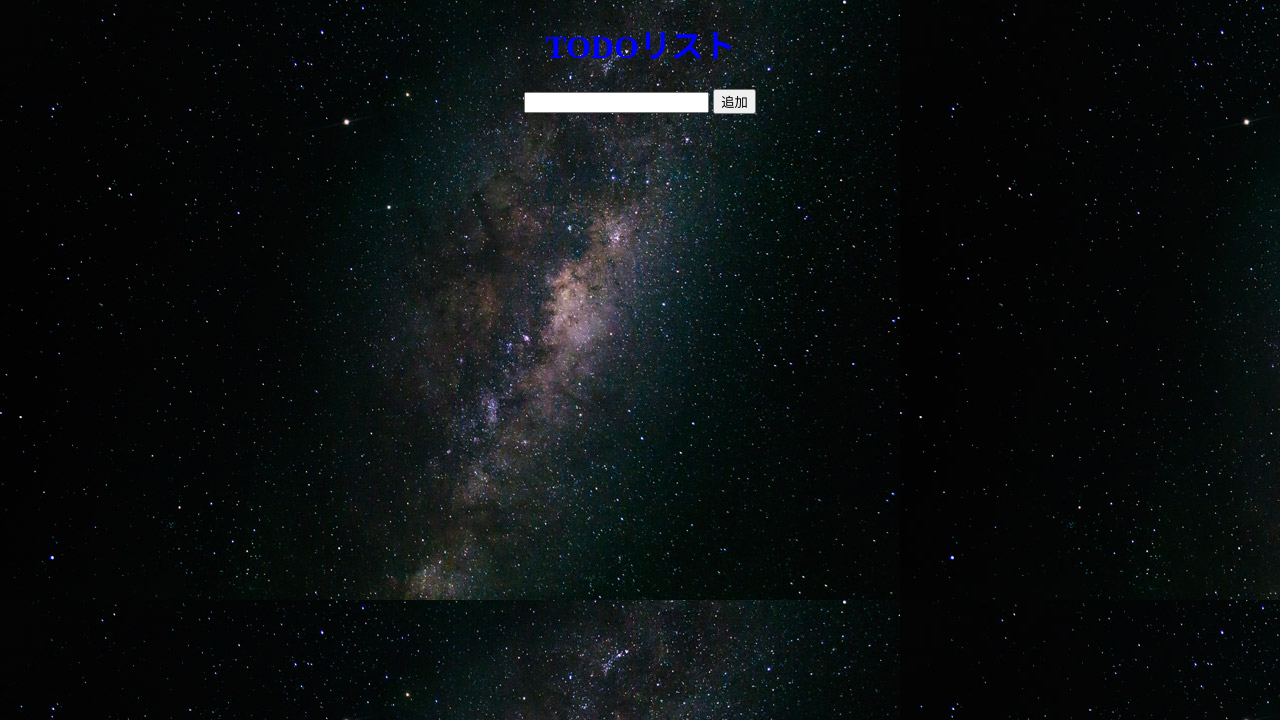
Repository: kntb2565/todolist
Page: src/index.html
The author's editor kept a copy of each file at every save. The page is drawn from the files as they stood at one save, then again after the next save.
The browser window is 1280 px wide. The pictures show the whole page.

Above is the page before, as saved 2018-10-21 13:33:15.

### src/index.html
<!DOCTYPE html>
<html lang="ja">
<head>
  <meta charset="utf-8">
  <title>todolist</title>
  <link rel="stylesheet" href="css/styles.css" type="text/css">
  <style>
    body{
      background-image: url(img/utyu3.jpg);
    }
  </style>
</head>
<body>
    <h1>TODOリスト</h1>
    <input type="text" />
    <input type="button" value="追加" />
</body>
</html>

### src/css/styles.css
h1{
 color: blue;

}
 body{
    text-align: center;
 }

After the next save:
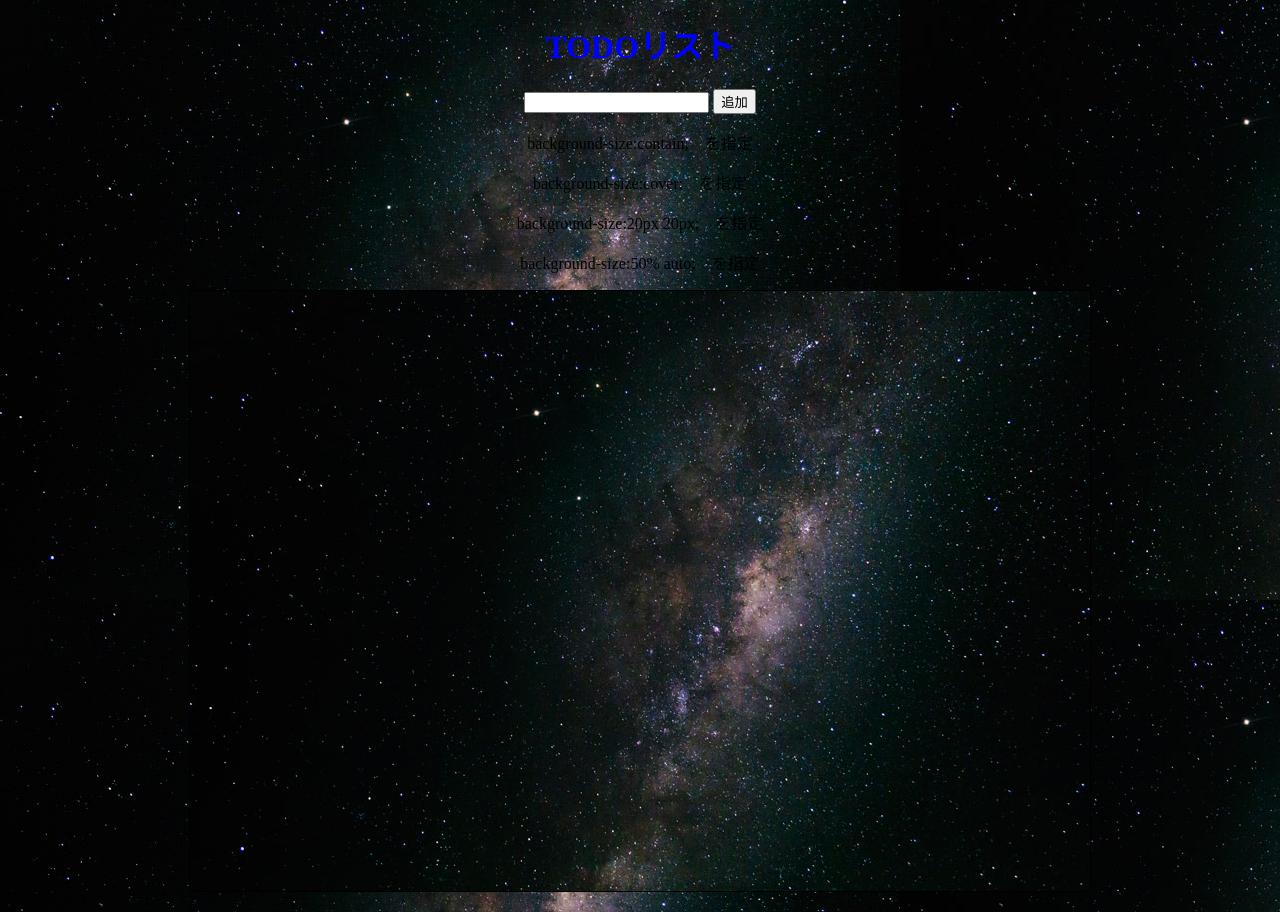
Saved 4 min 54 s later.
--- a/src/index.html
+++ b/src/index.html
@@ -14,5 +14,12 @@
     <h1>TODOリスト</h1>
     <input type="text" />
     <input type="button" value="追加" />
+    <p class="todo_sample1">background-size:contain;　を指定</p>
+    <p class="todo_sample2">background-size:cover;　を指定</p>
+    <p class="todo_sample3">background-size:20px 20px;　を指定</p>
+    <p class="todo_sample4">background-size:50% auto;　を指定</p>
+    <p>
+      <img src="img/utyu3.jpg"  border="1">
+      </p>
 </body>
 </html>
